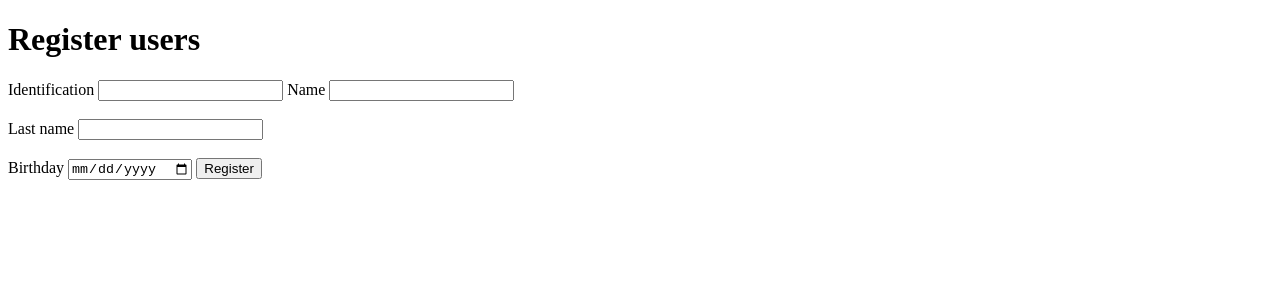
Repository: alexander7-co/proyecto9
Page: templates/register.html
The author's editor kept a record of every edit. The page is drawn from the files as they stood at one moment, then again after the next edit.
The browser window is 1280 px wide. The pictures show the whole page.

Above is the page before.

### templates/register.html
<!DOCTYPE html>
<html>
    <head>
        <meta http-equiv="content-type" content="text/html; charset=utf-8" />
        <title>web page</title>
    </head>
    <body>
        <h1>Register users</h1>
        <form>
            <label>Identification</label> <input type= "number"/>
            <label>Name</label> <input type= "text"/><br><br>
            <label>Last name</label> <input type= "text"/><br><br>
            <label>Birthday</label> <input type= "date"/>
            <button>Register</button>

    </body>
</html>

After the next edit:
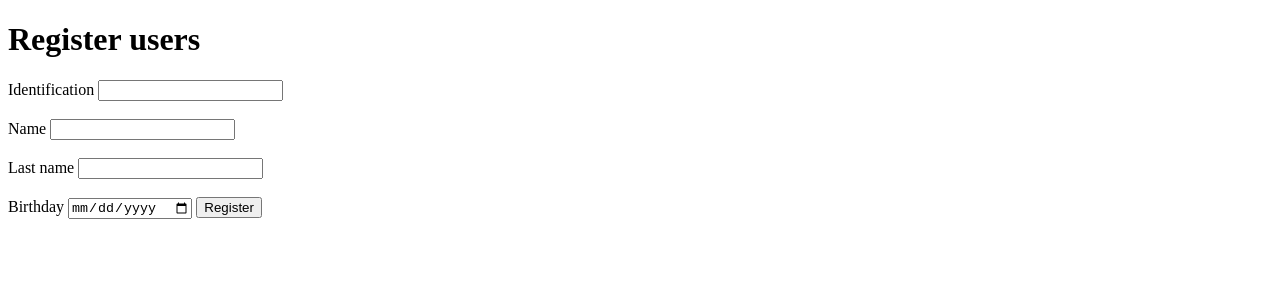
The edit:
--- a/templates/register.html
+++ b/templates/register.html
@@ -7,7 +7,7 @@
     <body>
         <h1>Register users</h1>
         <form>
-            <label>Identification</label> <input type= "number"/>
+            <label>Identification</label> <input type= "number"/><br><br>
             <label>Name</label> <input type= "text"/><br><br>
             <label>Last name</label> <input type= "text"/><br><br>
             <label>Birthday</label> <input type= "date"/>
